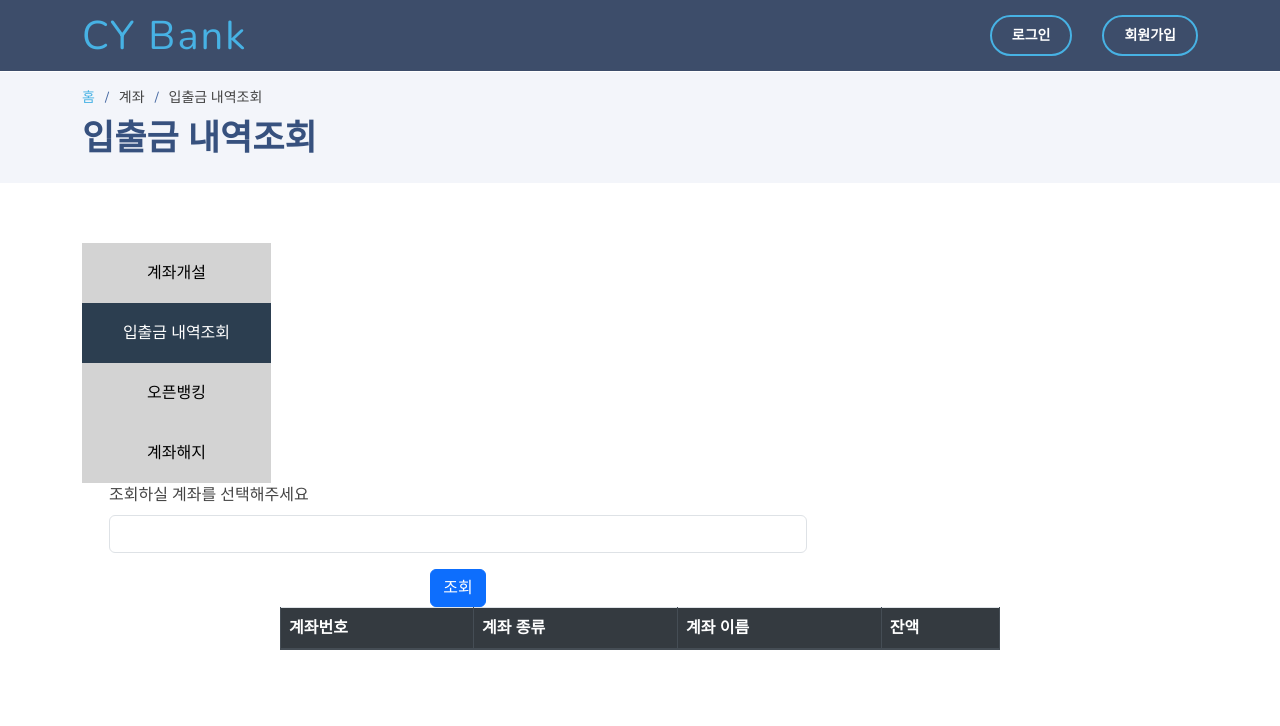
Repository: scy0814/Spring
Page: http://localhost/CYBank/jsp/transaction/TransactionHistoryProcess.jsp
An editor plug-in stored every save of this project. The page is shown before and after the next save, followed by the edit.
The browser window is 1280 px wide. The pictures show the whole page.
The page is served by Tomcat 9. The template is opened directly, without the code that normally fills it, so the values that code supplies are empty.

Above is the page before, as saved 2023-06-29 11:13:52.

After the next save:
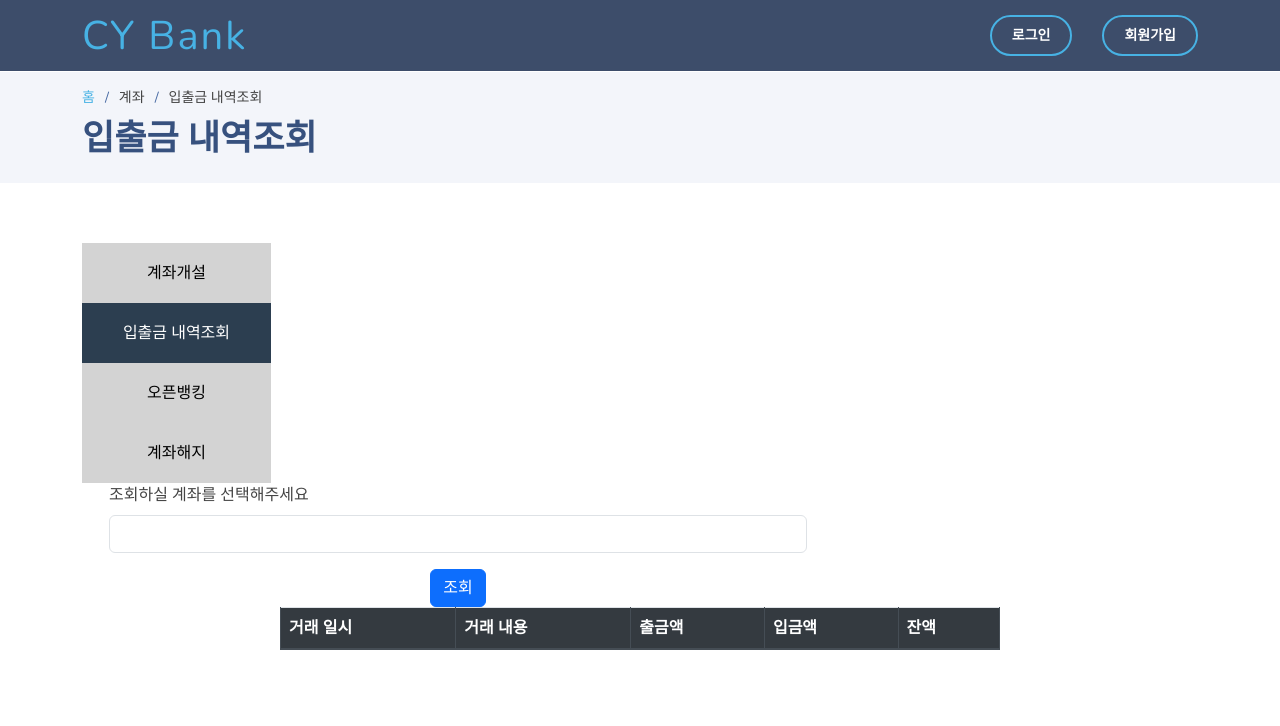
Saved 2 min 3 s later.
--- a/CYBank/src/main/webapp/jsp/transaction/TransactionHistoryProcess.jsp
+++ b/CYBank/src/main/webapp/jsp/transaction/TransactionHistoryProcess.jsp
@@ -108,9 +108,10 @@
 						<table class="table table-striped table-bordered accountListTable">
 							<thead class="thead-dark">
 								<tr>
-									<th>계좌번호</th>
-									<th>계좌 종류</th>
-									<th>계좌 이름</th>
+									<th>거래 일시</th>
+									<th>거래 내용</th>
+									<th>출금액</th>
+									<th>입금액</th>
 									<th>잔액</th>
 
 								</tr>
